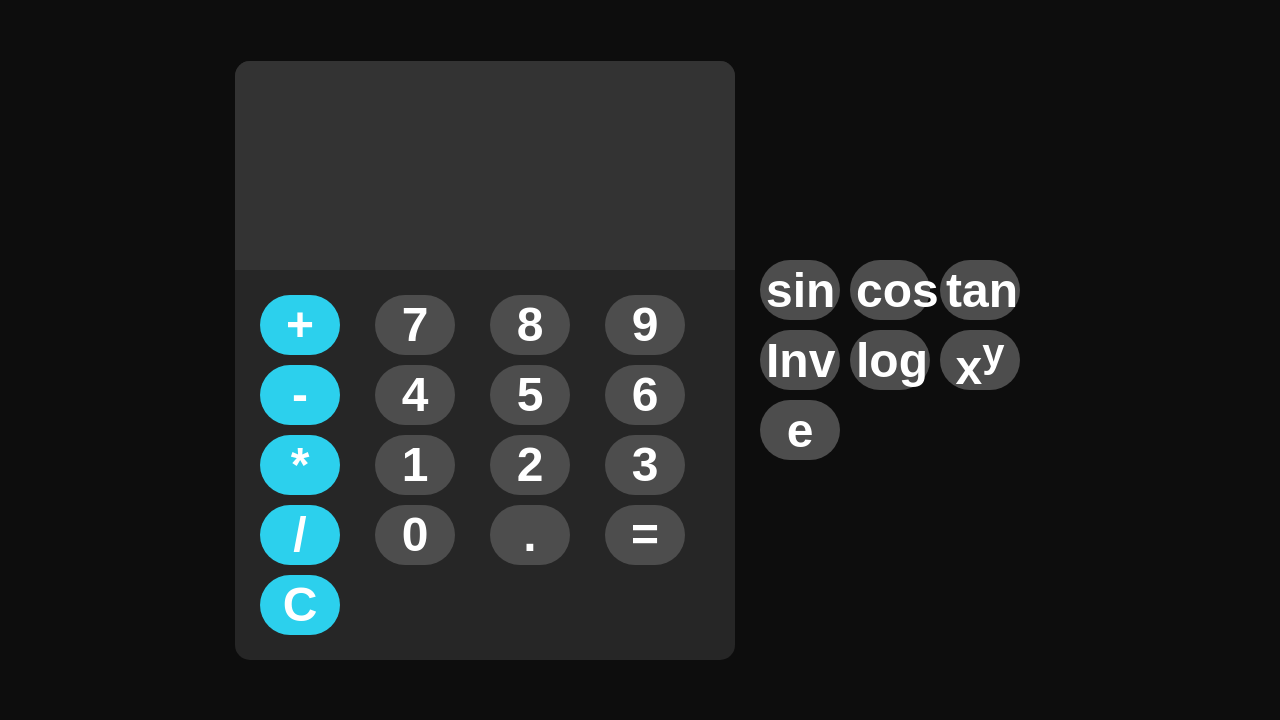
Repository: Haakim19/JavaScript
Page: Calculater/Main.html
These files come from the project's save history. The page is drawn as it stood at one moment and after the next save; the edit follows.
The browser window is 1280 px wide. The pictures show the whole page.

Above is the page before, as saved 2024-10-23 09:56:09.

After the next save:
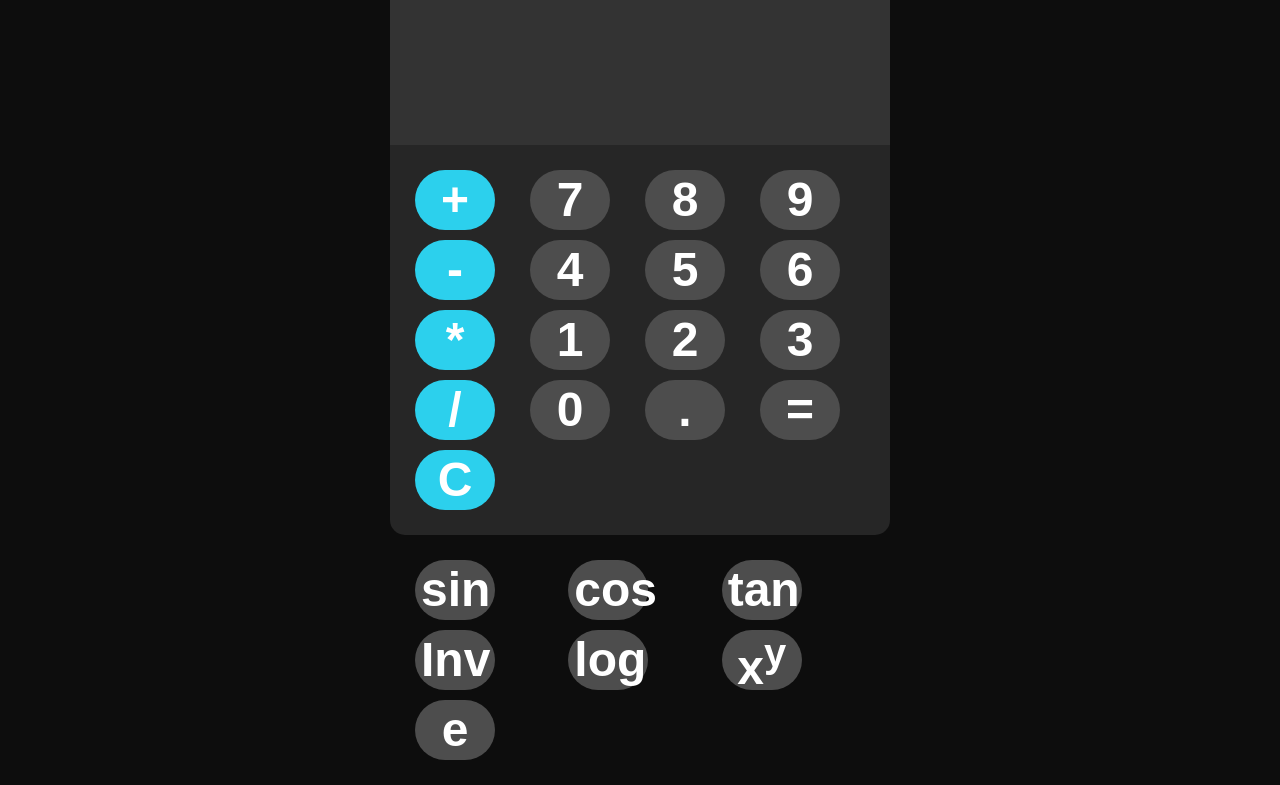
Saved 85 s later.
--- a/Calculater/Main.html
+++ b/Calculater/Main.html
@@ -7,37 +7,40 @@
     <link rel="stylesheet" href="Main.css">
 </head>
 <body>
-    <div id="calculator-normal">
-        <input id= "display1" readonly>
-        <input id="display2" readonly>
-        <div id="keys-normal">
-            <button onclick="appentToDisplay('+')" class="operator-btn">+</button>
-            <button onclick="appentToDisplay('7')">7</button>
-            <button onclick="appentToDisplay('8')">8</button>
-            <button onclick="appentToDisplay('9')">9</button>
-            <button onclick="appentToDisplay('-')" class="operator-btn">-</button>
-            <button onclick="appentToDisplay('4')">4</button>
-            <button onclick="appentToDisplay('5')">5</button>
-            <button onclick="appentToDisplay('6')">6</button>
-            <button onclick="appentToDisplay('*')" class="operator-btn">*</button>
-            <button onclick="appentToDisplay('1')">1</button>
-            <button onclick="appentToDisplay('2')">2</button>
-            <button onclick="appentToDisplay('3')">3</button>
-            <button onclick="appentToDisplay('/')" class="operator-btn">/</button>
-            <button onclick="appentToDisplay('0')">0</button>
-            <button onclick="appentToDisplay('.')" >.</button>
-            <button onclick="calculate()" >=</button>
-            <button onclick="clearDisplay()" class="operator-btn">C</button>
+    <div class="calculator">
+
+        <div id="calculator-normal">
+            <input id= "display1" readonly>
+            <input id="display2" readonly>
+            <div id="keys-normal">
+                <button onclick="appentToDisplay('+')" class="operator-btn">+</button>
+                <button onclick="appentToDisplay('7')">7</button>
+                <button onclick="appentToDisplay('8')">8</button>
+                <button onclick="appentToDisplay('9')">9</button>
+                <button onclick="appentToDisplay('-')" class="operator-btn">-</button>
+                <button onclick="appentToDisplay('4')">4</button>
+                <button onclick="appentToDisplay('5')">5</button>
+                <button onclick="appentToDisplay('6')">6</button>
+                <button onclick="appentToDisplay('*')" class="operator-btn">*</button>
+                <button onclick="appentToDisplay('1')">1</button>
+                <button onclick="appentToDisplay('2')">2</button>
+                <button onclick="appentToDisplay('3')">3</button>
+                <button onclick="appentToDisplay('/')" class="operator-btn">/</button>
+                <button onclick="appentToDisplay('0')">0</button>
+                <button onclick="appentToDisplay('.')" >.</button>
+                <button onclick="calculate()" >=</button>
+                <button onclick="clearDisplay()" class="operator-btn">C</button>
+            </div>
         </div>
-    </div>
-    <div id="keys-sientific">
-        <button onclick="appentToDisplay('sin')">sin</button>
-        <button onclick="appentToDisplay('cos')">cos</button>
-        <button onclick="appentToDisplay('tan')">tan</button>
-        <button onclick="appentToDisplay('Inv')">Inv</button>
-        <button onclick="appentToDisplay('log')">log</button>
-        <button onclick="appentToDisplay('sin')">x<sup>y</sup></button>
-        <button onclick="appentToDisplay('e')">e</button>
+        <div id="keys-sientific">
+            <button onclick="appentToDisplay('sin')">sin</button>
+            <button onclick="appentToDisplay('cos')">cos</button>
+            <button onclick="appentToDisplay('tan')">tan</button>
+            <button onclick="appentToDisplay('Inv')">Inv</button>
+            <button onclick="appentToDisplay('log')">log</button>
+            <button onclick="appentToDisplay('sin')">x<sup>y</sup></button>
+            <button onclick="appentToDisplay('e')">e</button>
+        </div>
     </div>
 <script src="Main.js"></script>
 </body>
